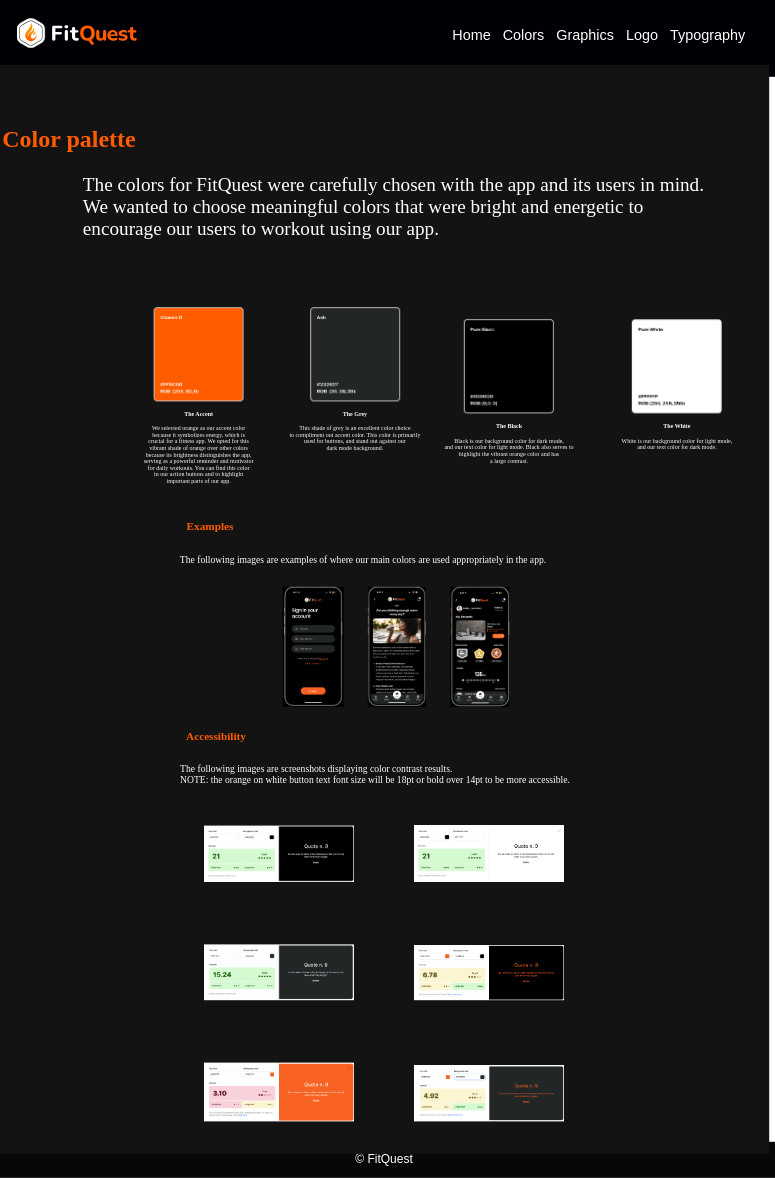
Repository: KyannaKrueger/a5styleguide
Page: /colors
These files come from the project's save history. The page is drawn as it stood at one moment and after the next save; the edit follows.
The browser window is 1280 px wide. The page is 1292 px wide, so the pictures cover 1292 px, including what lies to the right of the window. The pictures show the whole page, at 60% of full size.
The project was rebuilt for these pictures with package versions that can differ from the ones it lists, and the page was loaded fresh each time. The framework's server and built-in components were replaced by stand-ins that run in the browser. Also part of the build but not shown: next.config.mjs.

Above is the page before, as saved 2024-04-07 19:53:57.

### pages/colors.js
import styles from "@/styles/colors.module.css";
import Header from "@/components/Header";
import Footer from "@/components/Footer";

export default function Colors() {
    return (
      <>
      <Header/>
        <main className={styles.colors}>
         <h1 className={styles.clrTitle}>Color palette </h1>
         <p className={styles.clrTxt}>The colors for FitQuest were carefully chosen with the app and its users in mind. We wanted to choose meaningful colors that were bright and energetic to encourage our users to workout using our app.</p>
         <div className={styles.swatchContainer}>
              <div className={styles.clrSwatch}>
                  <img src="/orangeSwatch.png" className={styles.swatch}/>
                  <h4>The Accent</h4>
                  <p>We selected orange as our accent color <br/> because it symbolizes energy, which is<br/> crucial for a fitness app. We opted for this <br/>vibrant shade of orange over other colors<br/> because its brightness distinguishes the app,<br/> serving as a powerful reminder and motivator<br/> for daily workouts. You can find this color<br/> in our action buttons and to highlight<br/> important parts of our app.</p>
              </div>
              <div className={styles.clrSwatch}>
                  <img src="/graySwatch.png" className={styles.swatch}/>
                  <h4>The Grey</h4>
                  <p>This shade of grey is an excellent color choice<br/> to compliment out accent color. This color is primarily<br/> used for buttons, and stand out against our <br/>dark mode background.</p>
              </div>
              <div className={styles.clrSwatchBlack}>
                  <img src="/blackSwatch.png" className={styles.swatch}/>
                  <h4>The Black</h4>
                  <p>Black is our background color for dark mode, <br/>and our text color for light mode. Black also serves to<br/> highlight the vibrant orange color and has<br/> a large contrast.</p>
              </div>
              <div className={styles.clrSwatchWhite}>
                  <img src="/whiteSwatch.png" className={styles.swatch}/>
                  <h4>The White</h4>
                  <p>White is our background color for light mode, <br/>and our text color for dark mode.</p>
              </div>
         </div>
         <h3 className={styles.clrSubOne}>Examples</h3>
         <p className={styles.exDescription}>The following images are examples of where our main colors are used appropriately in the app.</p>
         <div className={styles.clrExamples}>
                <img src="/colorExOne.png" className={styles.colorEx}/>
                <img src="/colorExTwo.png" className={styles.colorEx}/>
                <img src="/colorExThree.png" className={styles.colorEx}/>
          </div>
         <h3 className={styles.clrSubTwo}>Accessibility</h3>
         <p className={styles.acDescription}>The following images are screenshots displaying color contrast results.<br/>NOTE: the orange on white button text font size will be 18pt or bold over 14pt to be more accessible.</p>
         <div className={styles.accessibleContainer}>
          <img src="/accessibleWB.png" className={styles.accessiblePic}/>
          <img src="/accessibleBW.png" className={styles.accessiblePic}/>
          <img src="/accessibleGW.png" className={styles.accessiblePic}/>
          <img src="/accessibleOB.png" className={styles.accessiblePic}/>
          <img src="/accessibleWO.png" className={styles.accessiblePic}/>
          <img src="/accessibleOG.png" className={styles.accessiblePic}/>
         </div>
        </main>
        <Footer/>
      </>
    );
  }

### styles/colors.module.css
.colors {
    display: flex;
    flex-direction: column;
    align-items: center;
    text-align: left;
    padding: 6rem;
    min-height: 90vh;
    background-color: #131313;
    margin:-10px;
    padding: 0px;
    font-family: SF pro;
    position: relative;
  }

  .clrTitle{
    color: #ff5c00;
    margin-left: -1050px;
    margin-bottom: -16px;
    margin-top: 100px;
    font-size: 40px;
  }

  .clrTxt {
    color:#fff;
    font-family: SF pro;
    font-size: 32px;
    padding: 80px;
    margin-top: -30px;
    margin-left: 60px;
  }

  .swatch {
    width:150px;
    transform: scale(1);
    transition: transform 0.5s ease-in-out;
  }

  .swatch:hover {
    width:150px;
    transform: scale(1.1);
    transition: transform 0.5s ease-in-out;
  }

 .swatchContainer {
  display: flex;
  flex-direction: row;
  flex-wrap: wrap;
  text-align: center;
  margin-left: 180px;
 }

 .clrSwatch {
  color: #fff;
  font-size: 10px;
  margin-right: 60px;
 }

 .clrSwatchBlack {
  color: #fff;
  font-size: 10px;
  margin-right: 60px;
  margin-left: -20px;
  margin-top: 20px;
 }

 .clrSwatchWhite {
  color: #fff;
  font-size: 10px;
  margin-left: 20px;
  margin-top: 20px;
 }

 .clrSubOne {
  color: #ff5c00;
  text-align: left;
  margin-left: -580px;
  margin-top: 50px;
 }

 .clrSubTwo {
  color: #ff5c00;
  text-align: left;
  margin-left: -560px;
 }

 .clrExamples {
  display: flex;
  margin-left: 40px;
}

.exDescription {
  color:#fff;
  margin-left: -70px;
}

.colorEx {
  width: auto;
  height: 200px;
  margin: 20px;
  transform: scale(1);
  transition: transform 0.5s ease-in-out;
}

.colorEx:hover {
  transform: scale(1.2);
}

.acDescription {
  color:#fff;
  margin-left: -30px;
}

.accessibleContainer {
  width: 800px;
  margin-left: 100px;
}

.accessiblePic {
  width: 250px;
  padding: 50px;
  transform: scale(1);
  transition: transform 0.5s ease-in-out;
}

.accessiblePic:hover {
  width: 250px;
  padding: 50px;
  transform: scale(1.2);
  transition: transform 0.5s ease-in-out;
}

### components/Header/index.js
import styles from './header.module.css';
import Link from 'next/link';

export default function Header() {
  return (
    <>
      <main className={styles.header}>
        <div className={styles.logoContainer}>
          <Link href="/">
            <img src="/fQDarkLogo.svg" className={styles.logo} alt="FitQuest Logo" />
          </Link>
        </div>
        <nav className={styles.navBarContainer}>
          <ul className={styles.navBar}>
            <li className={styles.navItem}>
              <Link href="/" className={styles.headLink}>
                Home
              </Link>
            </li>
            <li className={styles.navItem}>
              <Link href="/colors" className={styles.headLink}>
                Colors
              </Link>
            </li>
            <li className={styles.navItem}>
              <Link href="/graphics" className={styles.headLink}>
                Graphics
              </Link>
            </li>
            <li className={styles.navItem}>
              <Link href="/logo" className={styles.headLink}>
                Logo
              </Link>
            </li>
            <li className={styles.navItem}>
              <Link href="/typography" className={styles.headLink}>
                Typography
              </Link>
            </li>
          </ul>
        </nav>
      </main>
    </>
  );
}

### components/Footer/index.js
import styles from './footer.module.css';

export default function Footer() {
  return (
    <>
      <main className={styles.footer}>
      <p className={styles.rights}>© FitQuest</p>
      </main>
    </>
  );
}

### components/Header/header.module.css
.header {
        background-color: #000005;
        color: #fff;
        font-family: 'Lucida Sans', 'Lucida Sans Regular', 'Lucida Grande', 'Lucida Sans Unicode', Geneva, Verdana, sans-serif;
        font-size: 24px;
        height: 140px;
        display: flex;
        justify-content: space-between;
        align-items: center;
        margin: -20px;
      }

      .logoContainer {
        margin-left: 40px;
      }

      .logo {
        width: 200px;
        height: auto;
      }

      .navBarContainer {
        margin-right: 40px;
      }

      .navBar {
        list-style-type: none;
        display: flex;
        justify-content: flex-end;
        padding: 0;
        margin: 0;
      }

      .navItem {
        padding: 0 10px;
      }

      .headLink {
        color: #fff;
        text-decoration: none;
        font-family: 'SF Pro', sans-serif;
      }

      .headLink:hover {
        color: #FF5C00;
      }

### components/Footer/footer.module.css
.footer {
  background-color: #070707;
  height: 60px;
  display: flex;
  justify-content: flex-start;
  flex-direction: row;
  align-items: center;
  margin:-20px;
  }

.rights {
  color: #fff;
  font-size: 20px;
  font-family: Arial, Helvetica, sans-serif;
  margin: auto;
}

Loaded but not shown: pages/_app.js (common file); pages/_document.js (common file); styles/globals.css (common file)

After the next save:
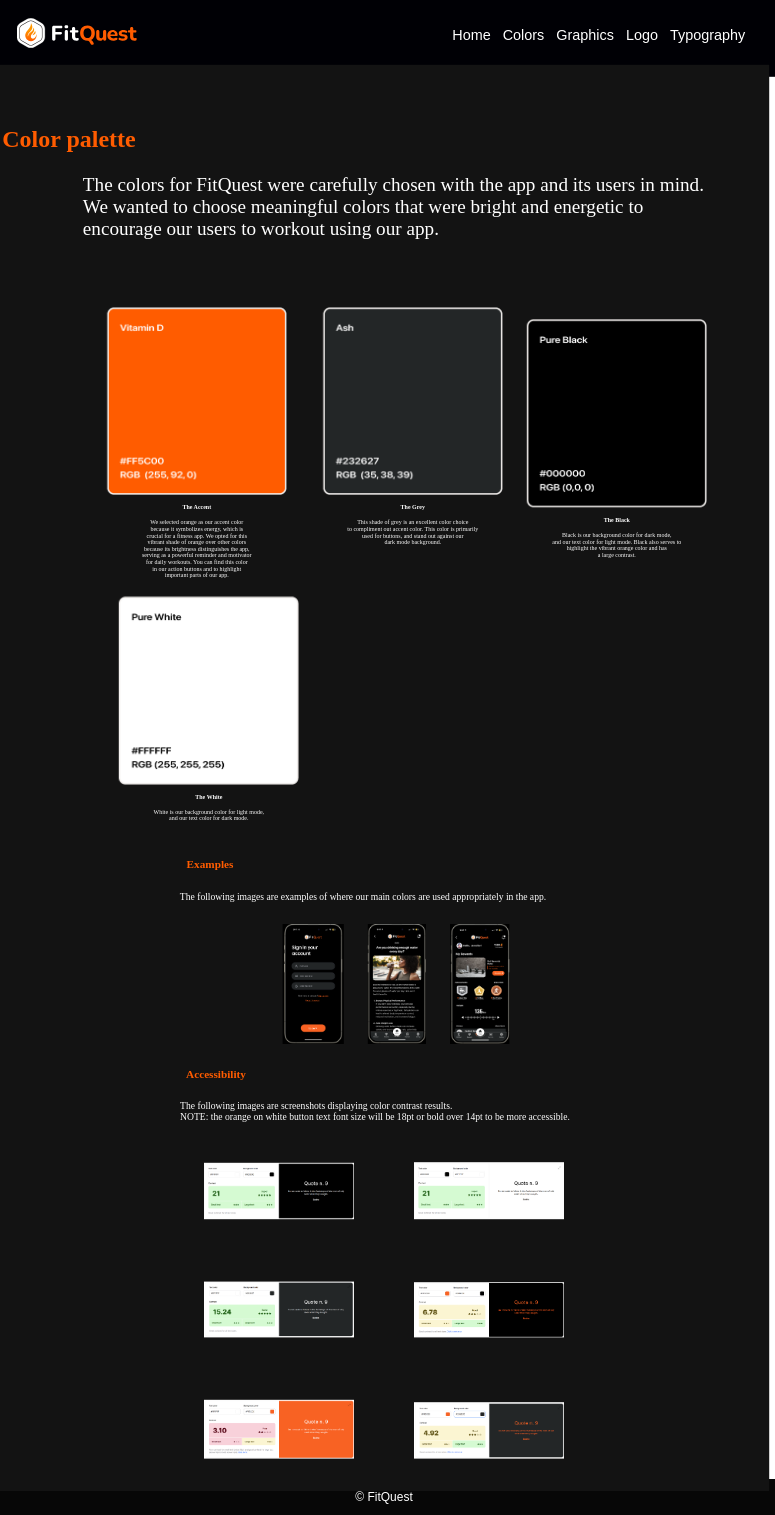
Saved 16 s later.
--- a/styles/colors.module.css
+++ b/styles/colors.module.css
@@ -30,7 +30,7 @@
   }
 
   .swatch {
-    width:150px;
+    width:300px;
     transform: scale(1);
     transition: transform 0.5s ease-in-out;
   }
